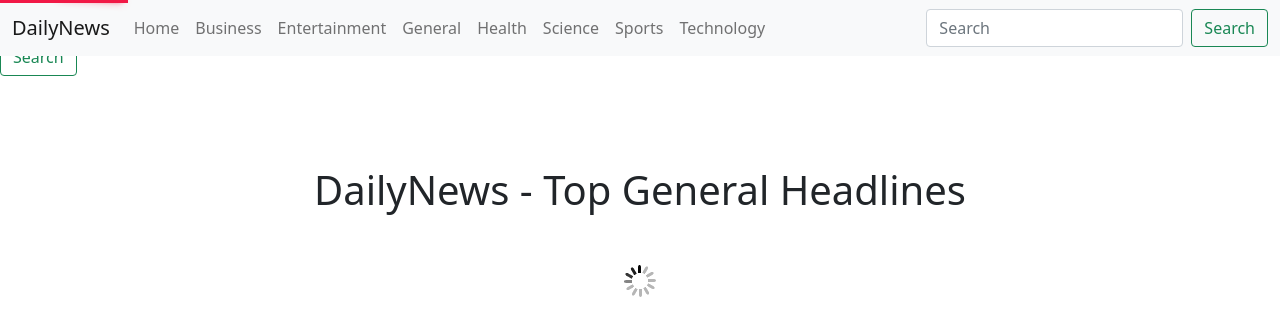
Repository: Bikki084/Daily_News
Page: /
The author's editor kept a copy of each file at every save. The page is drawn from the files as they stood at one save, then again after a run of saves.
The browser window is 1280 px wide. The pictures show the whole page.
The page's requests for data from a server got no answer. The project was rebuilt for these pictures with package versions that can differ from the ones it lists, and the page was loaded fresh each time. No one was signed in, and anything a server would have sent is missing. Also part of the build but not shown: src/App.css, src/components/NewsItem.js.

Above is the page before, as saved 2021-12-22 01:46:43.

### public/index.html
<!DOCTYPE html>
<html lang="en">
  <head>
    <meta charset="utf-8" />
    <link rel="icon" href="%PUBLIC_URL%/favicon.ico" />
    <meta name="viewport" content="width=device-width, initial-scale=1" />
    <meta name="theme-color" content="#000000" />
    <meta
      name="description"
      content="DailyNews is a news app which can be used to grab quick daily news bites. If you are interested in news, weather, politics and sports news, newsmonkey is for you!"
    />
    <link rel="apple-touch-icon" href="%PUBLIC_URL%/logo192.png" />
    <!--
      manifest.json provides metadata used when your web app is installed on a
      user's mobile device or desktop. See https://developers.google.com/web/fundamentals/web-app-manifest/
    -->
    <link rel="manifest" href="%PUBLIC_URL%/manifest.json" />
    <link href="https://cdn.jsdelivr.net/npm/bootstrap@5.1.0/dist/css/bootstrap.min.css" rel="stylesheet" integrity="sha384-KyZXEAg3QhqLMpG8r+8fhAXLRk2vvoC2f3B09zVXn8CA5QIVfZOJ3BCsw2P0p/We" crossorigin="anonymous">
    <!--
      Notice the use of %PUBLIC_URL% in the tags above.
      It will be replaced with the URL of the `public` folder during the build.
      Only files inside the `public` folder can be referenced from the HTML.

      Unlike "/favicon.ico" or "favicon.ico", "%PUBLIC_URL%/favicon.ico" will
      work correctly both with client-side routing and a non-root public URL.
      Learn how to configure a non-root public URL by running `npm run build`.
    -->
    <title>DailyNews - Get your daily dose of news for free!</title>
  </head>
  <body>
    <noscript>You need to enable JavaScript to run this app.</noscript>
    <div id="root"></div>
    <!--
      This HTML file is a template.
      If you open it directly in the browser, you will see an empty page.

      You can add webfonts, meta tags, or analytics to this file.
      The build step will place the bundled scripts into the <body> tag.

      To begin the development, run `npm start` or `yarn start`.
      To create a production bundle, use `npm run build` or `yarn build`.
    -->
    <script src="https://cdn.jsdelivr.net/npm/@popperjs/core@2.9.3/dist/umd/popper.min.js" integrity="sha384-eMNCOe7tC1doHpGoWe/6oMVemdAVTMs2xqW4mwXrXsW0L84Iytr2wi5v2QjrP/xp" crossorigin="anonymous"></script>
    <script src="https://cdn.jsdelivr.net/npm/bootstrap@5.1.0/dist/js/bootstrap.min.js" integrity="sha384-cn7l7gDp0eyniUwwAZgrzD06kc/tftFf19TOAs2zVinnD/C7E91j9yyk5//jjpt/" crossorigin="anonymous"></script>
  </body>
</html>

### src/App.js
import './App.css';
import Search from './components/Search';
import React, { useState } from 'react'
import NavBar from './components/NavBar';
import News from './components/News';
import {BrowserRouter as Router, Switch, Route} from "react-router-dom";
import LoadingBar from 'react-top-loading-bar'

const App = ()=> {
  const pageSize = 5;
  const apiKey = process.env.REACT_APP_NEWS_API

  const [progress, setProgress] = useState(0)

    return (
      <div>
        <Router>
        <NavBar/>
        <Search/>
        <LoadingBar
        height={3}
        color='#f11946'
        progress={progress}
      />
        <Switch>
          <Route exact path="/"><News setProgress={setProgress} apiKey={apiKey} key="general" pageSize={pageSize} country="in" category="general"/></Route>
          <Route exact path="/business"><News setProgress={setProgress} apiKey={apiKey} key="business" pageSize={pageSize} country="in" category="business"/></Route>
          <Route exact path="/entertainment"><News setProgress={setProgress} apiKey={apiKey} key="entertainment" pageSize={pageSize} country="in" category="entertainment"/></Route>
          <Route exact path="/general"><News setProgress={setProgress} apiKey={apiKey} key="general" pageSize={pageSize} country="in" category="general"/></Route>
          <Route exact path="/health"><News setProgress={setProgress} apiKey={apiKey} key="health" pageSize={pageSize} country="in" category="health"/></Route>
          <Route exact path="/science"><News setProgress={setProgress} apiKey={apiKey} key="science" pageSize={pageSize} country="in" category="science"/></Route>
          <Route exact path="/sports"><News setProgress={setProgress} apiKey={apiKey} key="sports" pageSize={pageSize} country="in" category="sports"/></Route>
          <Route exact path="/technology"><News setProgress={setProgress} apiKey={apiKey} key="technology" pageSize={pageSize} country="in" category="technology"/></Route>
        <Search/>
        </Switch>
        </Router>
      </div>
    )

}

export default App;

### src/components/Search.js
import React from 'react'

const Search = () => {
    return (
        <div>

                <input class="form-control me-2" type="search" placeholder="Search" aria-label="Search" />
                <button class="btn btn-outline-success" type="submit">Search</button>

        </div>
    )
}

export default Search;

### src/components/NavBar.js
import React from 'react'
import { Link } from "react-router-dom";

const NavBar = () => {

    return (
        <div>
            <nav className="navbar fixed-top navbar-expand-lg navbar-light bg-light">
                <div className="container-fluid">
                    <Link className="navbar-brand" to="/">DailyNews</Link>
                    <button className="navbar-toggler" type="button" data-bs-toggle="collapse" data-bs-target="#navbarSupportedContent" aria-controls="navbarSupportedContent" aria-expanded="false" aria-label="Toggle navigation">
                        <span className="navbar-toggler-icon"></span>
                    </button>
                    <div className="collapse navbar-collapse" id="navbarSupportedContent">
                        <ul className="navbar-nav me-auto mb-2 mb-lg-0">
                            <li className="nav-item">
                                <Link className="nav-link" aria-current="page" to="/">Home</Link>
                            </li>
                            <li className="nav-item"><Link className="nav-link" to="/business">Business</Link></li>
                            <li className="nav-item"><Link className="nav-link" to="/entertainment">Entertainment</Link></li>
                            <li className="nav-item"><Link className="nav-link" to="/general">General</Link></li>
                            <li className="nav-item"><Link className="nav-link" to="/health">Health</Link></li>
                            <li className="nav-item"><Link className="nav-link" to="/science">Science</Link></li>
                            <li className="nav-item"><Link className="nav-link" to="/sports">Sports</Link></li>
                            <li className="nav-item"><Link className="nav-link" to="/technology">Technology</Link></li>
                        </ul>
                        <form class="d-flex" method="get" action="/Search">
                            <input class="form-control me-2" type="search" placeholder="Search" aria-label="Search" />
                            <button class="btn btn-outline-success" type="submit">Search</button>
                        </form>
                    </div>
                </div>
            </nav>
        </div>
    )

}

export default NavBar

### src/components/News.js
import React, {useEffect, useState} from 'react'

import NewsItem from './NewsItem'
import Spinner from './Spinner';
import PropTypes from 'prop-types'
import InfiniteScroll from "react-infinite-scroll-component";

const News = (props)=>{
    const [articles, setArticles] = useState([])
    const [loading, setLoading] = useState(true)
    const [page, setPage] = useState(1)
    const [totalResults, setTotalResults] = useState(0)

    const capitalizeFirstLetter = (string) => {
        return string.charAt(0).toUpperCase() + string.slice(1);
    }

    const updateNews = async ()=> {
        props.setProgress(10);
        const url = `https://newsapi.org/v2/top-headlines?country=${props.country}&category=${props.category}&apiKey=${props.apiKey}&page=${page}&pageSize=${props.pageSize}`;
        setLoading(true)
        let data = await fetch(url);
        props.setProgress(30);
        let parsedData = await data.json()
        props.setProgress(70);
        setArticles(parsedData.articles)
        setTotalResults(parsedData.totalResults)
        setLoading(false)
        props.setProgress(100);
    }

    useEffect(() => {
        document.title = `${capitalizeFirstLetter(props.category)} - DailyNews`;
        updateNews();
        // eslint-disable-next-line
    }, [])


    const fetchMoreData = async () => {
        const url = `https://newsapi.org/v2/top-headlines?country=${props.country}&category=${props.category}&apiKey=${props.apiKey}&page=${page+1}&pageSize=${props.pageSize}`;
        setPage(page+1)
        let data = await fetch(url);
        let parsedData = await data.json()
        setArticles(articles.concat(parsedData.articles))
        setTotalResults(parsedData.totalResults)
      };

        return (
            <>
                <h1 className="text-center" style={{ margin: '35px 0px', marginTop: '90px' }}>DailyNews - Top {capitalizeFirstLetter(props.category)} Headlines</h1>
                {loading && <Spinner />}
                <InfiniteScroll
                    dataLength={articles.length}
                    next={fetchMoreData}
                    hasMore={articles.length !== totalResults}
                    loader={<Spinner/>}>
                    <div className="container">

                    <div className="row">
                        {articles.map((element) => {
                            return <div className="col-md-4" key={element.url}>
                                <NewsItem title={element.title ? element.title : ""} description={element.description ? element.description : ""} imageUrl={element.urlToImage} newsUrl={element.url} author={element.author} date={element.publishedAt} source={element.source.name} />
                            </div>
                        })}
                    </div>
                    </div>
                </InfiniteScroll>
            </>
        )

}


News.defaultProps = {
    country: 'in',
    pageSize: 8,
    category: 'general',
}

News.propTypes = {
    country: PropTypes.string,
    pageSize: PropTypes.number,
    category: PropTypes.string,
}

export default News

Loaded but not shown: src/index.js (common file); src/reportWebVitals.js (common file); src/components/Spinner.js (common file); src/index.css (no stored copy; drawn as an empty file)

After the next 2 saves:
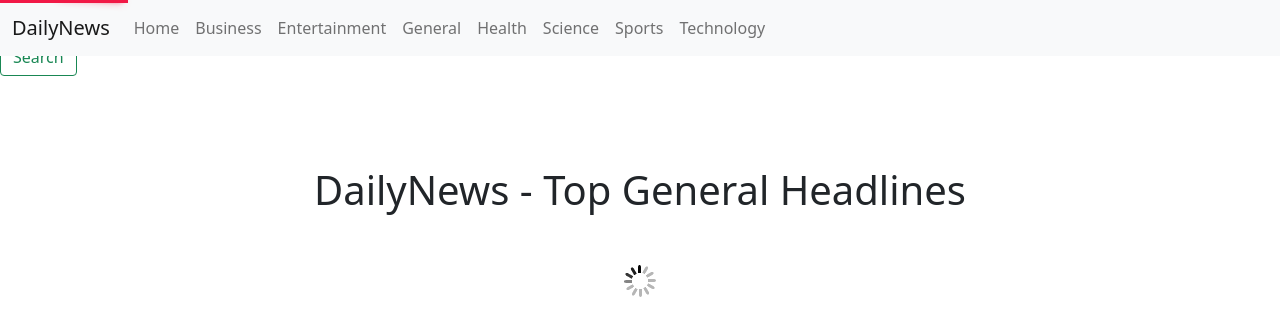
The 2 saves are shown as one change because 1 did not build or start.
The last was saved 10 s later.
--- a/src/components/NavBar.js
+++ b/src/components/NavBar.js
@@ -24,10 +24,8 @@ const NavBar = () => {
                             <li className="nav-item"><Link className="nav-link" to="/sports">Sports</Link></li>
                             <li className="nav-item"><Link className="nav-link" to="/technology">Technology</Link></li>
                         </ul>
-                        <form class="d-flex" method="get" action="/Search">
-                            <input class="form-control me-2" type="search" placeholder="Search" aria-label="Search" />
-                            <button class="btn btn-outline-success" type="submit">Search</button>
-                        </form>
+                        <form class="d-flex" method="get" action="/Search"/>
+
                     </div>
                 </div>
             </nav>
